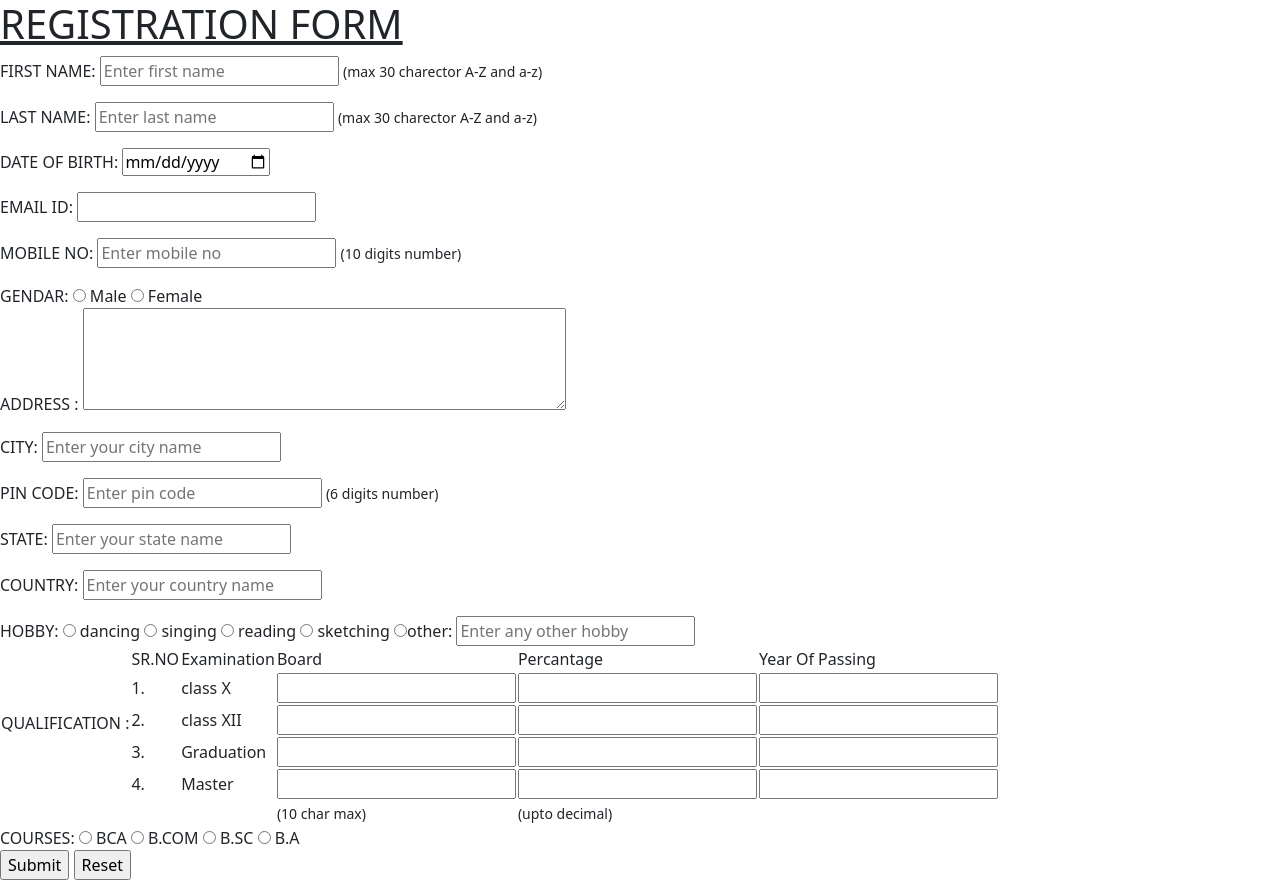
Repository: MintuKrishnan/subrahmanyam-batch
Page: front-end/html/form.html
An editor plug-in stored every save of this project. The page is shown before and after the next save, followed by the edit.
The browser window is 1280 px wide. The pictures show the whole page.

Above is the page before, as saved 2021-02-26 15:06:17.

After the next save:
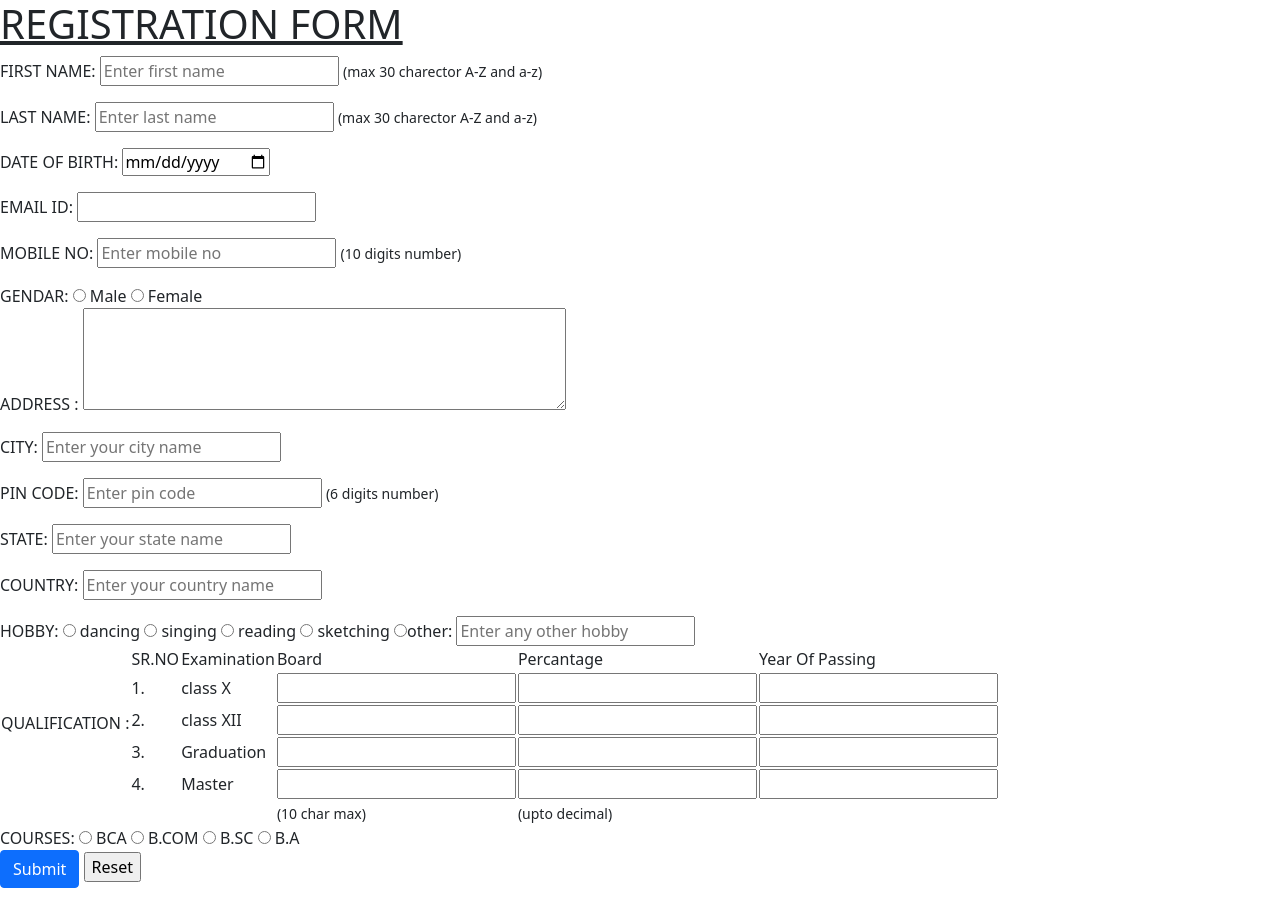
Saved 56 s later.
--- a/front-end/html/form.html
+++ b/front-end/html/form.html
@@ -123,7 +123,7 @@
 
 
     <p>
-        <input type="submit">
+        <input type="submit" class="btn btn-primary">
         <input type="reset">
     </p>
     </form>
